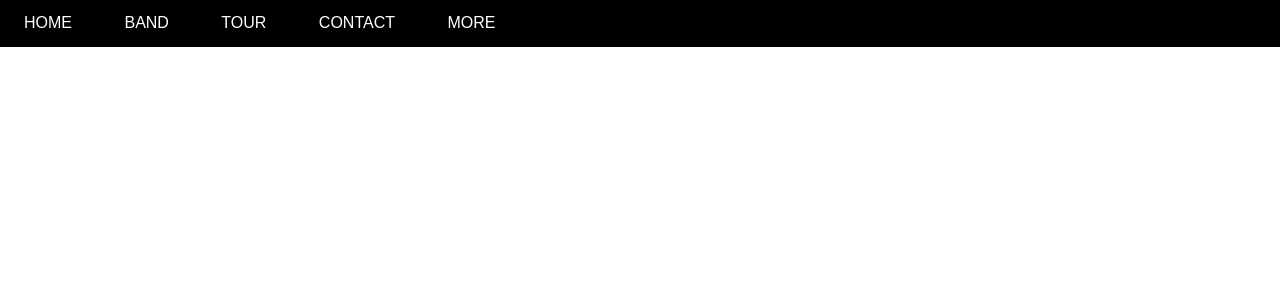
Repository: ngotranphuongbao/theband
Page: index.html
These files come from the project's save history. The page is drawn as it stood at one moment and after the next save; the edit follows.
The browser window is 1280 px wide. The pictures show the whole page.
Some web libraries are served in a nearby version.

Above is the page before, as saved 2022-12-21 18:21:14.

### index.html
<!DOCTYPE html>
<html lang="en">
<head>
    <meta charset="UTF-8">
    <meta http-equiv="X-UA-Compatible" content="IE=edge">
    <meta name="viewport" content="width=device-width, initial-scale=1.0">
    <title>Document</title>
    <link rel="stylesheet" href="./assets/css/style.css">
    <script src="https://kit.fontawesome.com/55a0c61423.js" crossorigin="anonymous"></script>
</head>
<body>
    <div id="main">
        <div id="header">
            <ul id="nav">
                <li><a href="">Home</a></li>
                <li><a href="">Band</a></li>
                <li><a href="">Tour</a></li>
                <li><a href="">Contact</a></li>
                <li><a href="">More</a></li>
            </ul>
        </div>

        <div id="slider">

        </div>

        <div id="content">

        </div>

        <div id="footer">

        </div>
    </div>

</body>
</html>

### assets/css/style.css
* {
    padding: 0px;
    margin: 0px;
    box-sizing: border-box;
}

html {
    font-family: Arial, Helvetica, sans-serif;
}

#main {

}

#header {
    height: 46.5px;
    background-color: black;
}

#nav > li {
    display: inline-block;
    padding: 12px 24px;
}

#nav > li > a {
    line-height: 22.5px;
    text-decoration: none;
    text-transform: uppercase;
    color: white;
}

#slider {

}

#content {

}

#footer {

}

After the next save:
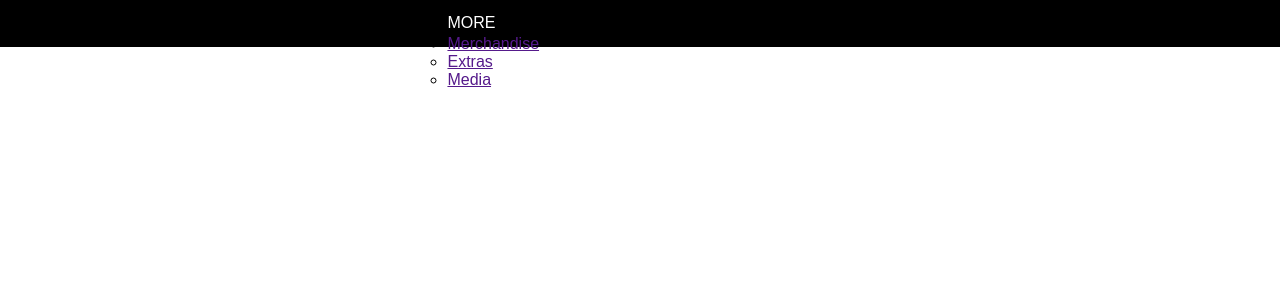
Saved 104 s later.
--- a/index.html
+++ b/index.html
@@ -16,7 +16,14 @@
                 <li><a href="">Band</a></li>
                 <li><a href="">Tour</a></li>
                 <li><a href="">Contact</a></li>
-                <li><a href="">More</a></li>
+                <li>
+                    <a href="">More</a>
+                    <ul id="subnav">
+                        <li><a href="">Merchandise</a></li>
+                        <li><a href="">Extras</a></li>
+                        <li><a href="">Media</a></li>
+                    </ul>
+                </li>
             </ul>
         </div>
 
--- a/assets/css/style.css
+++ b/assets/css/style.css
@@ -29,6 +29,14 @@ html {
     color: white;
 }
 
+#nav > li:hover {
+    background-color: grey;
+}
+
+#nav > li:hover > a {
+    color: black;
+}
+
 #slider {
 
 }
